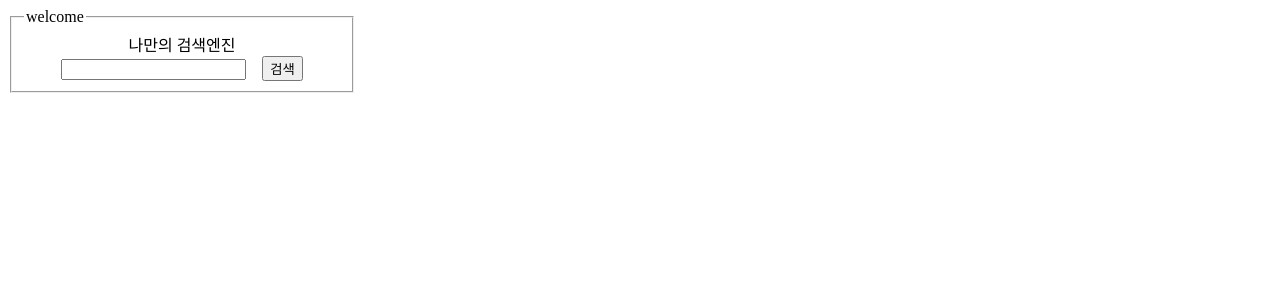
Repository: hus0124/M-IT
Page: JSP_Workspaces/Test3/WebContent/search.html
These files come from the project's save history. The page is drawn as it stood at one moment and after the next save; the edit follows.
The browser window is 1280 px wide. The pictures show the whole page.

Above is the page before, as saved 2020-01-02 00:35:22.

After the next save:
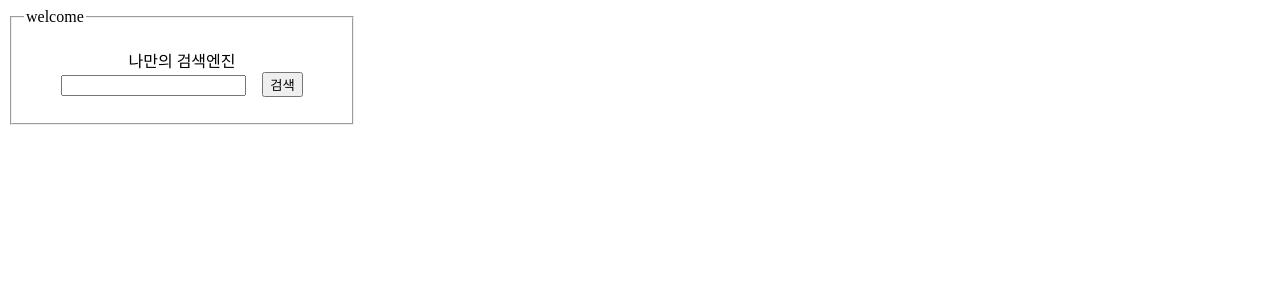
Saved 38 s later.
--- a/JSP_Workspaces/Test3/WebContent/search.html
+++ b/JSP_Workspaces/Test3/WebContent/search.html
@@ -8,8 +8,9 @@
 	<fieldset style="width:25%">
 	<legend>welcome</legend>
 	<form action = "result.jsp" method = "get" style="text-align:center">
-		나만의 검색엔진<br>
+		<p>나만의 검색엔진<br>
 		<input type = "text" name = "search">&emsp;<input type = "submit" value = "검색">
+		</p>
 	</form>
 	</fieldset>
 </body>
